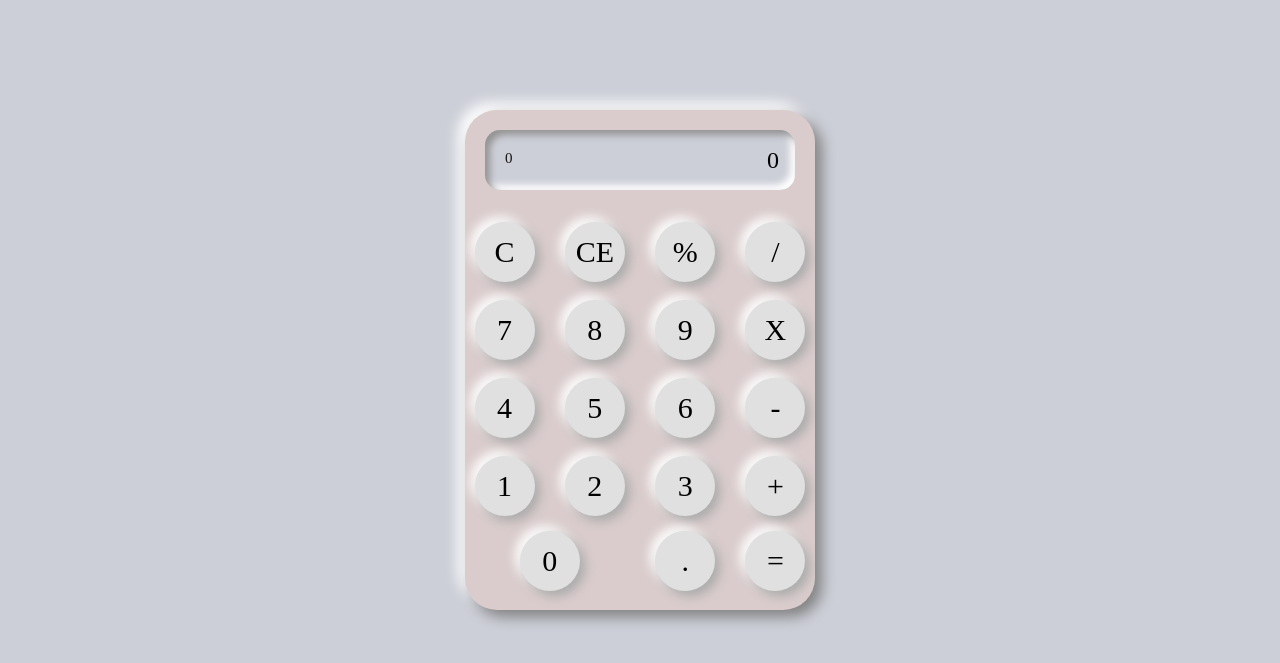
Repository: Goldmyn/Calculator
Page: index.html
These files come from the project's save history. The page is drawn as it stood at one moment and after the next save; the edit follows.
The browser window is 1280 px wide. The pictures show the whole page.

Above is the page before, as saved 2022-09-28 02:34:37.

After the next save:
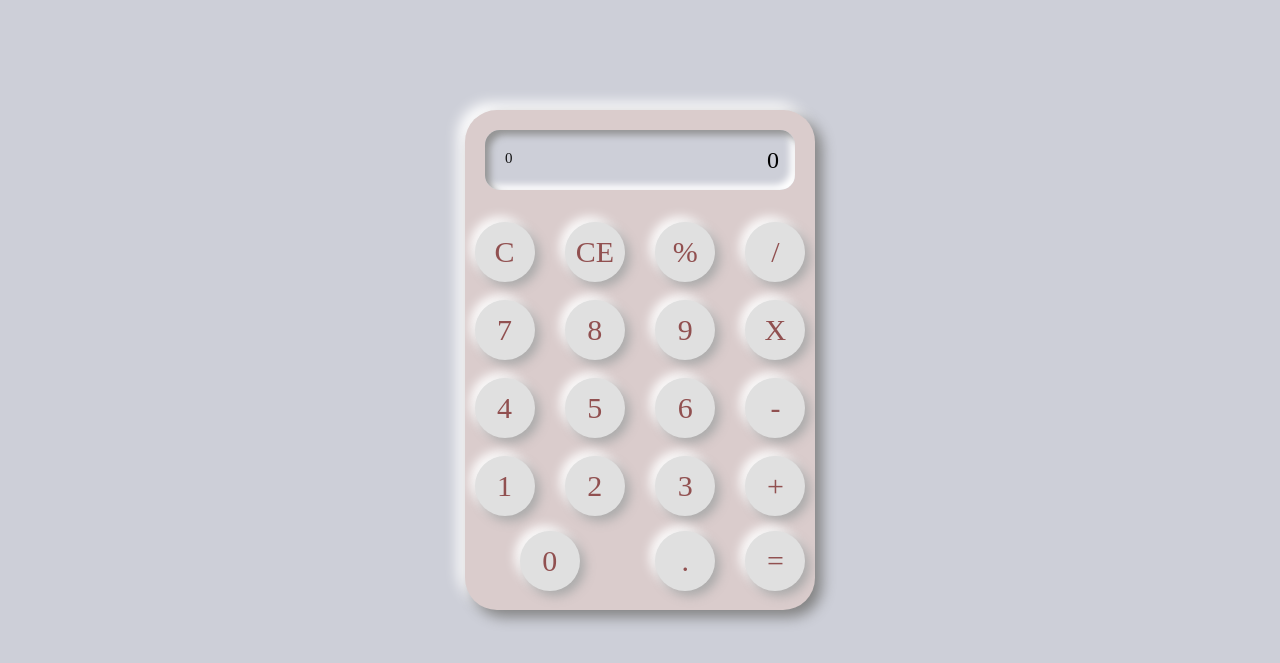
Saved 68 s later.
--- a/index.css
+++ b/index.css
@@ -61,7 +61,7 @@ section {
 }
 
 .all_buttons {
-    color: rgb(0, 0, 0);
+    color: rgb(145, 80, 80);
     display: grid;
     grid-template:
         repeat(4, minmax(67px, 1fr))
